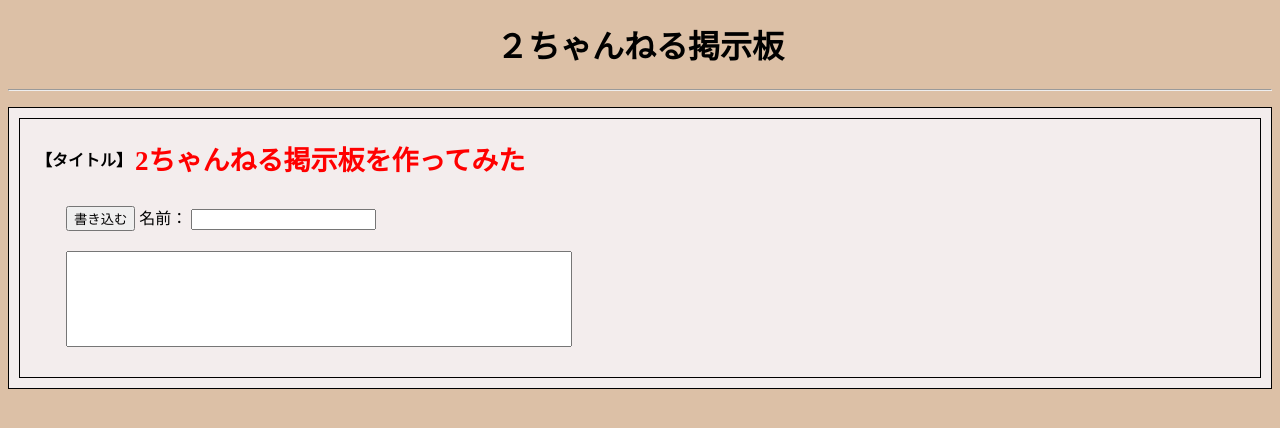
Repository: daidai0602/mba_portal
Page: http://localhost/
These files come from the project's save history. The page is drawn as it stood at one moment and after the next save; the edit follows.
The browser window is 1280 px wide. The pictures show the whole page.
The page is run by PHP 8.4 with error messages shown; the project is at /var/www/html/. Queries for data that is not in the repository find no rows.

Above is the page before, as saved 2023-11-26 23:14:21.

After the next save:
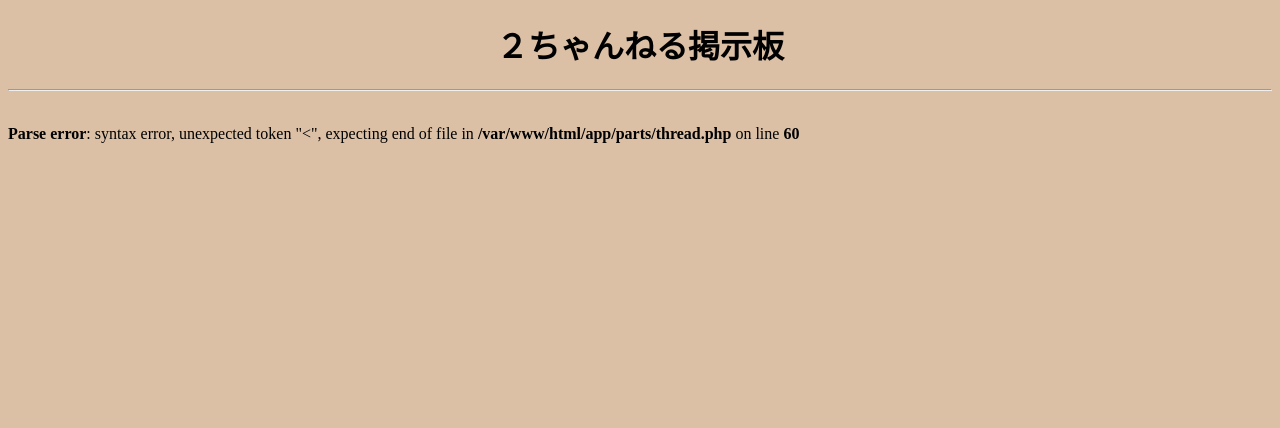
Saved 52 s later.
--- a/app/parts/thread.php
+++ b/app/parts/thread.php
@@ -56,7 +56,7 @@
         <span>【タイトル】</span>
         <h1>2ちゃんねる掲示板を作ってみた</h1>
       </div>
-
+      <?
       <form class="formWrapper" method="POST">
         <div>
           <input type="submit" value="書き込む" name="submitButton">
